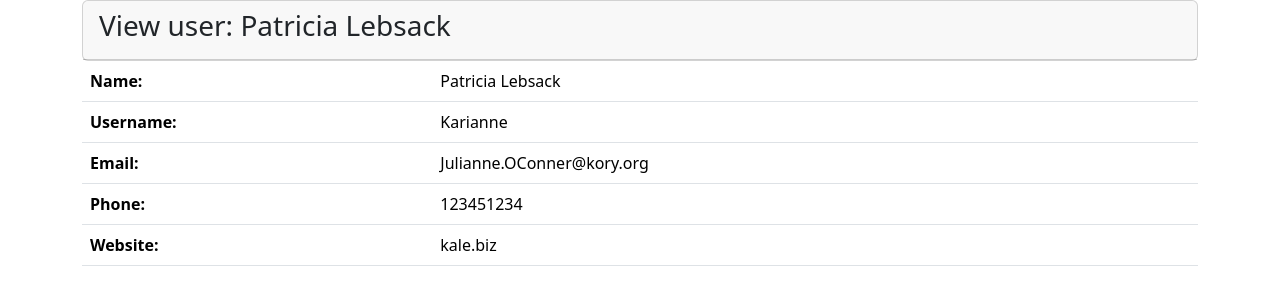
Repository: AyushMahatara/PHP-Simple-CRUD-with-JSON
Page: http://localhost/user/update.php?id=4
An editor plug-in stored every save of this project. The page is shown before and after the next save, followed by the edit.
The browser window is 1280 px wide. The pictures show the whole page.
The page is run by PHP 8.4 with error messages shown; the project is at /var/www/html/.

Above is the page before, as saved 2024-03-20 16:30:17.

### user/update.php
<?php
include '../partials/header.php';
require './users.php';

if (!isset($_GET['id'])) {
    include "../partials/not_found.php";
    exit;
}

$userId = $_GET['id'];

$user = getUserById($userId);

if (!$user) {
    include "../partials/not_found.php";

    exit;
}
?>

<div class="container">


    <div class="card">
        <div class="card-header">
            <h3>View user: <?php echo $user['name'] ?></h3>
        </div>
    </div>

    <table class="table">
        <tbody>
            <tr>
                <th>Name:</th>
                <td><?php echo $user['name'] ?></td>
            </tr>
            <tr>
                <th>Username:</th>
                <td><?php echo $user['username'] ?></td>
            </tr>
            <tr>
                <th>Email:</th>
                <td><?php echo $user['email'] ?></td>
            </tr>
            <tr>
                <th>Phone:</th>
                <td><?php echo $user['phone'] ?></td>
            </tr>
            <tr>
                <th>Website:</th>
                <td><?php echo $user['website'] ?></td>
            </tr>
        </tbody>
    </table>

</div>

<?php
include '../partials/footer.php';
?>

### partials/header.php
<!DOCTYPE html>
<html lang="en">

<head>
    <meta charset="UTF-8">
    <meta name="viewport" content="width=device-width, initial-scale=1.0">
    <link href="https://cdn.jsdelivr.net/npm/bootstrap@5.3.3/dist/css/bootstrap.min.css" rel="stylesheet" integrity="sha384-QWTKZyjpPEjISv5WaRU9OFeRpok6YctnYmDr5pNlyT2bRjXh0JMhjY6hW+ALEwIH" crossorigin="anonymous">
    <title>Document</title>
</head>

<body>

### user/users.php
<?php

function getUsers()
{
    return json_decode(file_get_contents('./users.json'), true);

    // echo '<pre>';
    // var_dump($users);
    // echo '<pre>';
}


function getUserById($id)
{
    $users = getUsers();
    foreach ($users as $user) {
        if ($user['id'] == $id) {
            return $user;
        }
    }
    return null;
}


function createUser($data)
{
}


function updateUser($data, $id)
{
}

function deleteUser($id)
{
}

### user/users.json
[
  {
    "id": 4,
    "name": "Patricia Lebsack",
    "username": "Karianne",
    "email": "Julianne.OConner@kory.org",
    "phone": "123451234",
    "website": "kale.biz",
    "extension": "jpg"
  },
  {
    "id": 5,
    "name": "Chelsey Dietrich",
    "username": "Kamren",
    "email": "Lucio_Hettinger@annie.ca",
    "phone": "453218563",
    "website": "demarco.info",
    "extension": "jpg"
  },
  {
    "id": 6,
    "name": "Mrs. Dennis Schulist",
    "username": "Leopoldo_Corkery",
    "email": "Karley_Dach@jasper.info",
    "phone": "1078412367",
    "website": "ola.org",
    "extension": "jpg"
  },
  {
    "id": 7,
    "name": "Kurtis Weissnat",
    "username": "Elwyn.Skiles",
    "email": "Telly.Hoeger@billy.biz",
    "phone": "210.067.6132",
    "website": "elvis.io"
  },
  {
    "id": 8,
    "name": "Nicholas Runolfsdottir V",
    "username": "Maxime_Nienow",
    "email": "Sherwood@rosamond.me",
    "phone": "586.493.6943 x140",
    "website": "jacynthe.com"
  },
  {
    "id": 9,
    "name": "Glenna Reichert",
    "username": "Delphine",
    "email": "Chaim_McDermott@dana.io",
    "phone": "(775)976-6794 x41206",
    "website": "conrad.com"
  },
  {
    "id": 10,
    "name": "Clementina DuBuque",
    "username": "Moriah.Stanton",
    "email": "Rey.Padberg@karina.biz",
    "phone": "024-648-3804",
    "website": "ambrose.net"
  },
  {
    "name": "John Doe",
    "username": "john22",
    "email": "",
    "phone": "12345",
    "website": "",
    "id": 1879571,
    "extension": "jpg"
  }
]

### partials/footer.php
</body>

<script src="https://cdn.jsdelivr.net/npm/bootstrap@5.3.3/dist/js/bootstrap.bundle.min.js" integrity="sha384-YvpcrYf0tY3lHB60NNkmXc5s9fDVZLESaAA55NDzOxhy9GkcIdslK1eN7N6jIeHz" crossorigin="anonymous"></script>


</html>

After the next save:
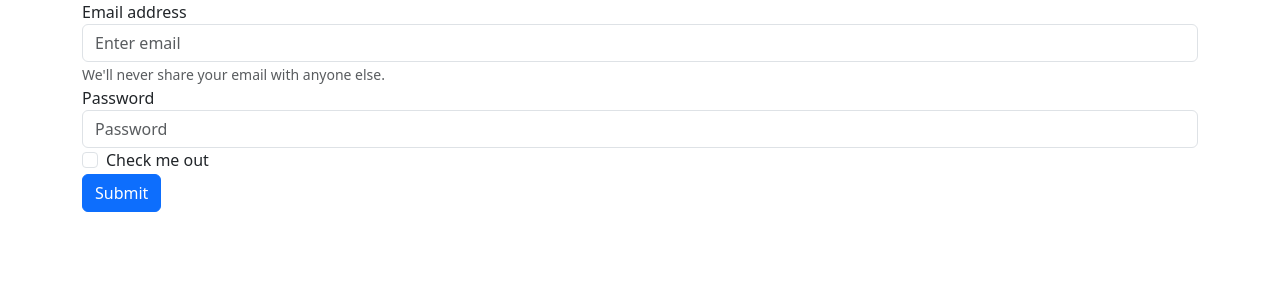
Saved 3 min 52 s later.
--- a/user/update.php
+++ b/user/update.php
@@ -20,37 +20,22 @@ if (!$user) {
 
 <div class="container">
 
-
-    <div class="card">
-        <div class="card-header">
-            <h3>View user: <?php echo $user['name'] ?></h3>
+    <form method="POST" enctype="multipart/form-data">
+        <div class="form-group">
+            <label for="exampleInputEmail1">Email address</label>
+            <input type="email" class="form-control" id="exampleInputEmail1" aria-describedby="emailHelp" placeholder="Enter email">
+            <small id="emailHelp" class="form-text text-muted">We'll never share your email with anyone else.</small>
         </div>
-    </div>
-
-    <table class="table">
-        <tbody>
-            <tr>
-                <th>Name:</th>
-                <td><?php echo $user['name'] ?></td>
-            </tr>
-            <tr>
-                <th>Username:</th>
-                <td><?php echo $user['username'] ?></td>
-            </tr>
-            <tr>
-                <th>Email:</th>
-                <td><?php echo $user['email'] ?></td>
-            </tr>
-            <tr>
-                <th>Phone:</th>
-                <td><?php echo $user['phone'] ?></td>
-            </tr>
-            <tr>
-                <th>Website:</th>
-                <td><?php echo $user['website'] ?></td>
-            </tr>
-        </tbody>
-    </table>
+        <div class="form-group">
+            <label for="exampleInputPassword1">Password</label>
+            <input type="password" class="form-control" id="exampleInputPassword1" placeholder="Password">
+        </div>
+        <div class="form-check">
+            <input type="checkbox" class="form-check-input" id="exampleCheck1">
+            <label class="form-check-label" for="exampleCheck1">Check me out</label>
+        </div>
+        <button type="submit" class="btn btn-primary">Submit</button>
+    </form>
 
 </div>
 
